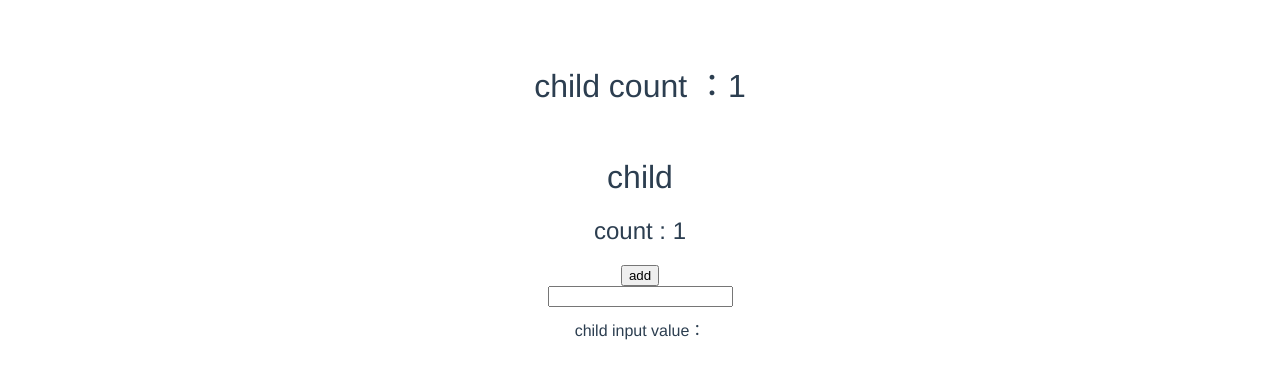
Repository: NotTooTwo/vueRouter
Page: /#/
These files come from the project's save history. The page is drawn as it stood at one moment and after the next save; the edit follows.
The browser window is 1280 px wide. The pictures show the whole page.
The project was rebuilt for these pictures with package versions that can differ from the ones it lists, and the page was loaded fresh each time.

Above is the page before, as saved 2018-03-13 10:37:09.

After the next save:
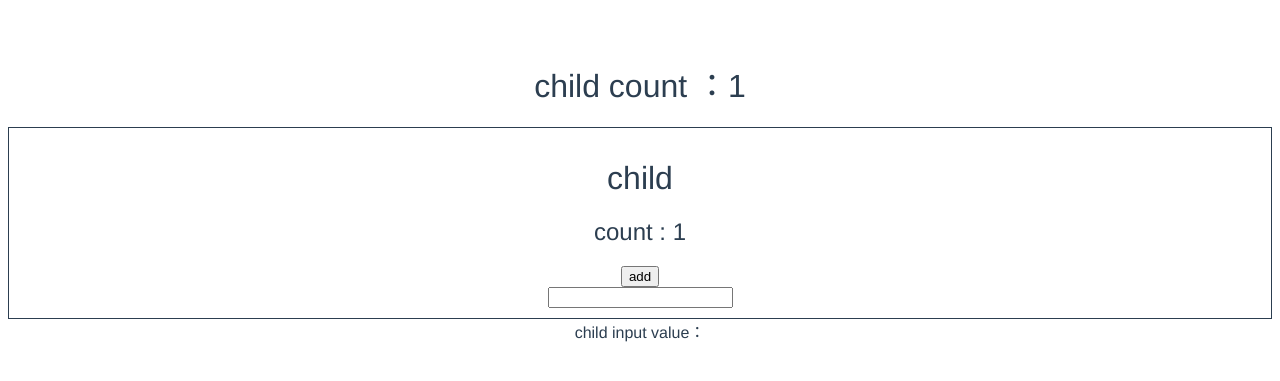
Saved 10 s later.
--- a/src/components/child.vue
+++ b/src/components/child.vue
@@ -61,6 +61,7 @@ a {
   color: #42b983;
 }
 .child{
-  padding: 10px
+  padding: 10px;
+  border: 1px solid
 }
 </style>
